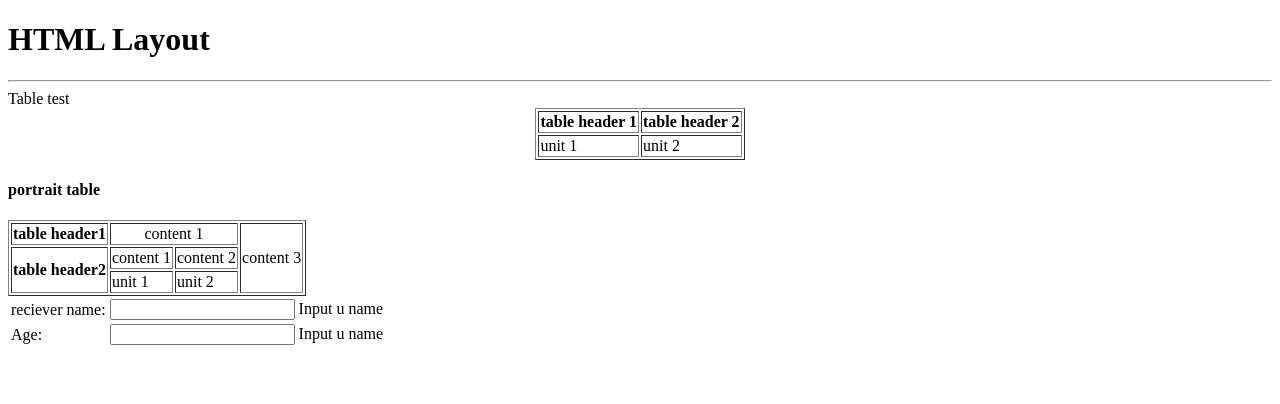
Repository: libelosophy/anjoyo
Page: workspace/QTalk/WebContent/html/table.html
The author's editor kept a copy of each file at every save. The page is drawn from the files as they stood at one save, then again after the next save.
The browser window is 1280 px wide. The pictures show the whole page.

Above is the page before, as saved 2013-09-09 11:44:50.

After the next save:
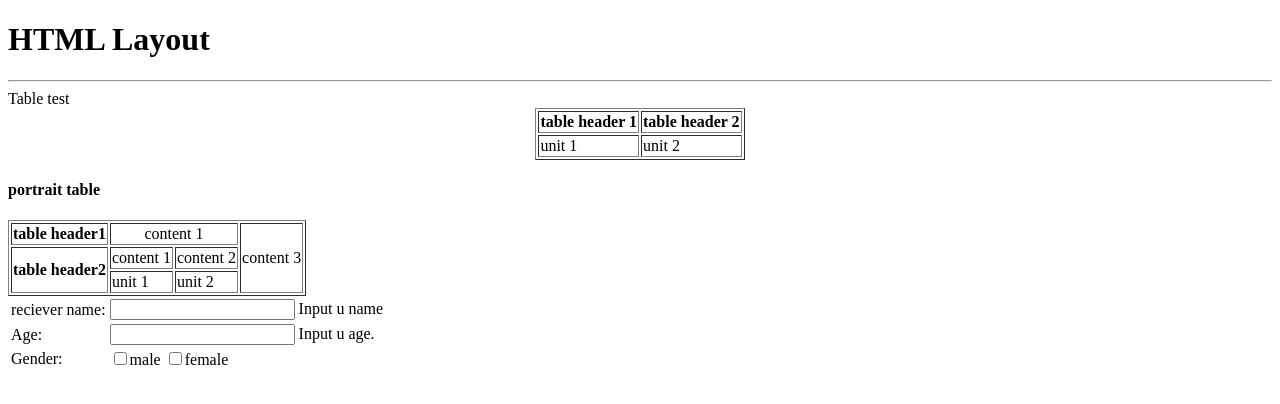
Saved 96 s later.
--- a/workspace/QTalk/WebContent/html/table.html
+++ b/workspace/QTalk/WebContent/html/table.html
@@ -55,7 +55,15 @@
 			<tr>
 				<td> Age: </td>
 				<td>
-					<input type="number" name="age" size="20"/> Input u name
+					<input type="number" name="age" size="20"/> Input u age.
+				</td>
+			</tr>
+
+			<tr>
+				<td> Gender: </td>
+				<td>
+					<input type="checkbox" name="gender_male" size="20"/>male
+					<input type="checkbox" name="gender_female" size="20"/>female
 				</td>
 			</tr>
 		</table>
